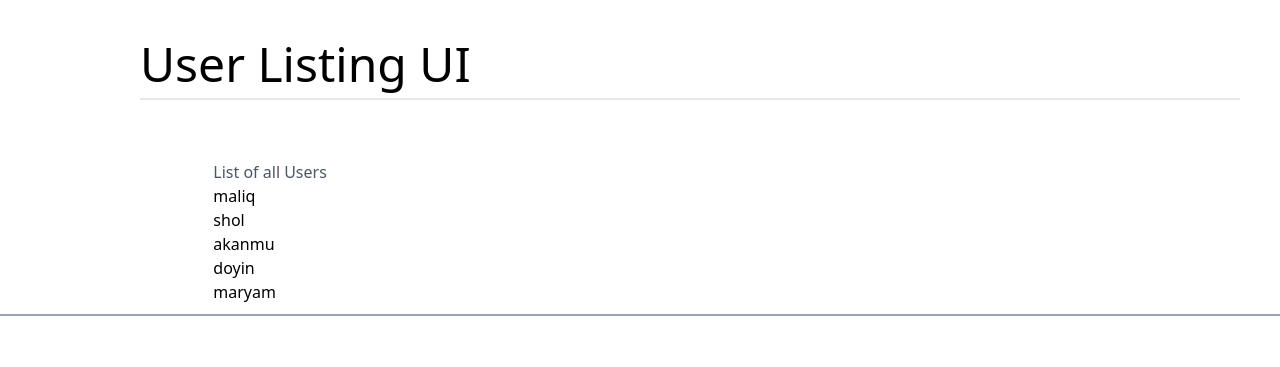
Repository: Marlstergo/listings
Page: /view (app in client/)
The author's editor kept a copy of each file at every save. The page is drawn from the files as they stood at one save, then again after the next save.
The browser window is 1280 px wide. The pictures show the whole page.
The project was rebuilt for these pictures with package versions that can differ from the ones it lists, and the page was loaded fresh each time. Also part of the build but not shown: client/craco.config.js, client/src/components/Loader.js, client/src/components/Order.js, client/src/components/Modal.js. Imported but missing from the stored project, and not drawn on this page: client/src/components/Base, client/src/components/Toppings.

Above is the page before, as saved 2021-07-20 22:01:43.

After the next save:
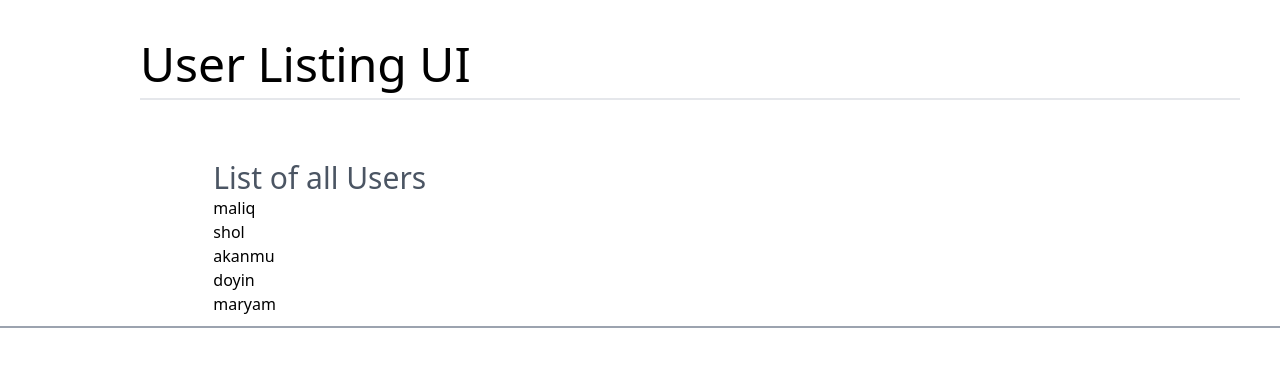
Saved 13 s later.
--- a/client/src/components/Home.js
+++ b/client/src/components/Home.js
@@ -39,7 +39,7 @@ const Home = () => {
       exit="exit"
     >
       <div className="w-2/3 ">
-        <h1 className="text-gray-600">List of all Users</h1>
+        <h1 className="text-gray-600 text-3xl">List of all Users</h1>
         <ul>
           {users.map(
             (user) => (
